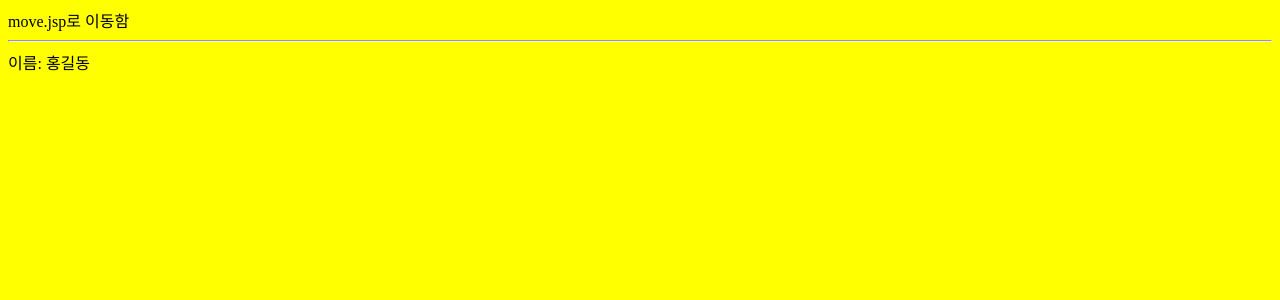
Repository: Jin0207/jsp
Page: http://localhost/day1213/red.jsp
These files come from the project's save history. The page is drawn as it stood at one moment and after the next save; the edit follows.
The browser window is 1280 px wide. The pictures show the whole page.
The page is served by Tomcat 9. Other server files are loaded and not shown.

Above is the page before, as saved 2021-12-13 03:38:52.

### day1213/src/main/webapp/red.jsp
<%@page import="java.net.URLEncoder"%>
<%@ page language="java" contentType="text/html; charset=EUC-KR"
    pageEncoding="EUC-KR"%>
<!DOCTYPE html>
<html>
<head>
<meta charset="EUC-KR">
<title>Insert title here</title>
</head>
<body bgcolor="red">
	<h2>red입니다.</h2>
	<hr>
	<jsp:forward page="move.jsp">
		<jsp:param value="green" name="bgcolor"/>
		<jsp:param value='<%=URLEncoder.encode("홍길동") %>' name="name"/>
	</jsp:forward>
</body>
</html>

### day1213/src/main/webapp/move.jsp
<%@page import="java.net.URLDecoder"%>
<%@ page language="java" contentType="text/html; charset=EUC-KR"
    pageEncoding="EUC-KR"%>
<!DOCTYPE html>
<html>
<head>
<meta charset="EUC-KR">
<title>Insert title here</title>
</head>
<body bgcolor="yellow">
	<%
		String color = request.getParameter("bgcolor");
		String name = URLDecoder.decode(request.getParameter("name"));
	%>
	<div bgcolor="<%=color%>">
		move.jsp로 이동함
		<hr>
		이름: <%=name %>
	</div>
</body>
</html>

After the next save:
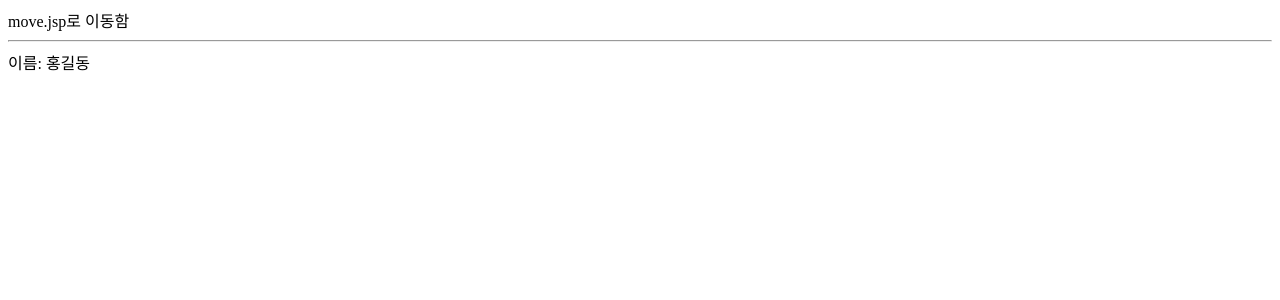
Saved 15 s later.
--- a/day1213/src/main/webapp/move.jsp
+++ b/day1213/src/main/webapp/move.jsp
@@ -7,7 +7,7 @@
 <meta charset="EUC-KR">
 <title>Insert title here</title>
 </head>
-<body bgcolor="yellow">
+<body>
 	<%
 		String color = request.getParameter("bgcolor");
 		String name = URLDecoder.decode(request.getParameter("name"));
